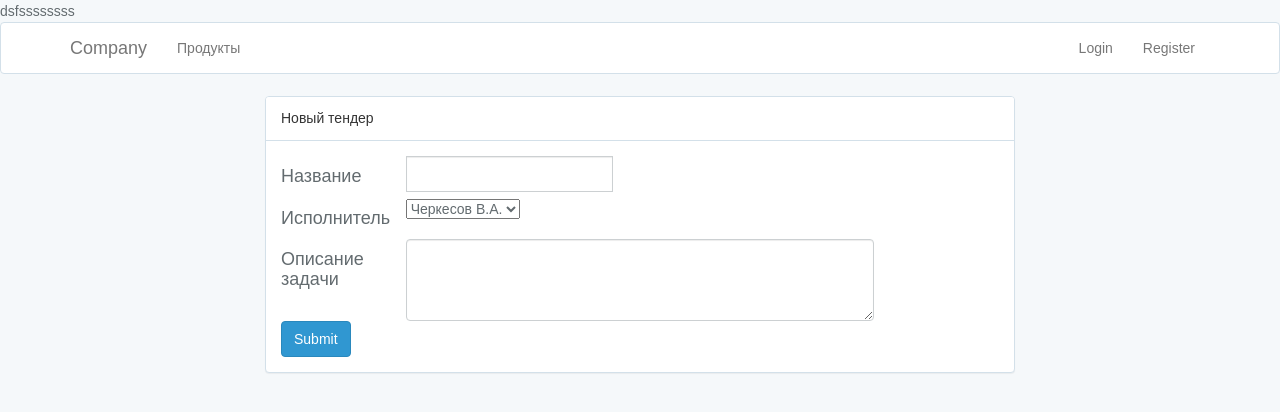
Repository: blackjack043/laravel-crud
Page: http://localhost/page2
The author's editor kept a copy of each file at every save. The page is drawn from the files as they stood at one save, then again after the next save.
The browser window is 1280 px wide. The pictures show the whole page.
Some web fonts or font styles are not loaded; a fallback is used. The page is served by the project's Laravel application, run on PHP 8.4 with Laravel 8. Other server files are loaded and not shown.

Above is the page before, as saved 2022-03-06 21:07:21.

### routes/web.php
<?php

/*
|--------------------------------------------------------------------------
| Web Routes
|--------------------------------------------------------------------------
|
| Here is where you can register web routes for your application. These
| routes are loaded by the RouteServiceProvider within a group which
| contains the "web" middleware group. Now create something great!
|
*/
use Illuminate\Http\Request;
use App\Contact12;


Route::get('/', function () {
    return view('welcome');
});

Route::get('/page2', function () {
    return view('page2');
});



Route::post('/profile', 'ContactController@submit');

Auth::routes();

Route::get('/home', 'HomeController@index');

Auth::routes();

Route::get('/home', 'HomeController@index');

### resources/views/page2.blade.php
@extends('layouts.app2')

@section('content')
<div class="container">
    <div class="row">
        <div class="col-md-8 col-md-offset-2">
            <div class="panel panel-default">
                <div class="panel-heading">Новый тендер</div>
                <div class="panel-body">


        @if($errors->any())
            <div style=>
            @foreach ($errors->all() as $error)
            <div >
                {{$error}}
            </div>
            @endforeach
            </div>
         @endif
<form  method="POST" action="/profile">
{{ csrf_field() }}

                <div class="row" >
  <div class="col-md-2" ><h4>Название</h4></div>
  <div class="col-md-10">
<div class="input-group" >
<input type="text" name="label" class="form-control"  aria-describedby="sizing-addon2">
                </div></div>
</div>

<div class="row">
  <div class="col-md-2"><h4>Исполнитель</h4></div>
  <div class="col-md-10">
    <select name="ispolnitel">
    <option value="cherkesov">Черкесов В.А.</option>
    <option value="matancev">Матанцев Е.Р.</option>
    </select>
</div>
</div>

<div class="row">
  <div class="col-md-2"><h4>Описание задачи</h4></div>
  <div class="col-md-8">
		<textarea name="text" class="form-control" rows="3"></textarea>
</div>



</div>
<input type="submit" class="btn btn-primary">
</form>






                </div>
            </div>
        </div>
    </div>
</div>
@endsection

### resources/views/layouts/app2.blade.php
<!DOCTYPE html>
<html lang="en">
<head>
    <meta charset="utf-8">
    <meta http-equiv="X-UA-Compatible" content="IE=edge">
    <meta name="viewport" content="width=device-width, initial-scale=1">

    <!-- CSRF Token -->
    <meta name="csrf-token" content="{{ csrf_token() }}">

    <title>{{ config('app.name', 'Laravel') }}</title>

    <!-- Styles -->
    <link href="/css/app.css" rel="stylesheet">

    <!-- Scripts -->
    <script>
        window.Laravel = <?php echo json_encode([
            'csrfToken' => csrf_token(),
        ]); ?>
    </script>
</head>
<body>
    <div id="app" >
        <div style="display:inline" >dsfssssssss</div>
        <div style="display:inline;">
        <nav class="navbar navbar-default">
            <div class="container">
                <div class="navbar-header">

                    <!-- Collapsed Hamburger -->
                    <button type="button " class="navbar-toggle collapsed" data-toggle="collapse" data-target="#app-navbar-collapse">
                        <span class="sr-only">Toggle Navigation</span>
                        <span class="icon-bar"></span>
                        <span class="icon-bar"></span>
                        <span class="icon-bar"></span>
                    </button>

                    <!-- Branding Image -->
                    <a class="navbar-brand" href="{{ url('/') }}">
                      Company
                    </a>
                </div>

                <div class="collapse navbar-collapse" id="app-navbar-collapse">
                    <!-- Left Side Of Navbar -->
                    <ul class="nav navbar-nav">
                        &nbsp;
                        <li ><a href="#">Продукты</a></li>
                    </ul>

                    <!-- Right Side Of Navbar -->
                    <ul class="nav navbar-nav navbar-right">
                        <!-- Authentication Links -->
                        @if (Auth::guest())
                            <li><a href="{{ url('/login') }}">Login</a></li>
                            <li><a href="{{ url('/register') }}">Register</a></li>
                        @else
                            <li class="dropdown">
                                <a href="#" class="dropdown-toggle" data-toggle="dropdown" role="button" aria-expanded="false">
                                    {{ Auth::user()->name }} <span class="caret"></span>
                                </a>

                                <ul class="dropdown-menu" role="menu">
                                    <li>
                                        <a href="{{ url('/logout') }}"
                                            onclick="event.preventDefault();
                                                     document.getElementById('logout-form').submit();">
                                            Logout
                                        </a>

                                        <form id="logout-form" action="{{ url('/logout') }}" method="POST" style="display: none;">
                                            {{ csrf_field() }}
                                        </form>
                                    </li>
                                </ul>
                            </li>
                        @endif
                    </ul>
                </div>
            </div>
        </nav>

        @yield('content')
    </div>
    </div>
    <!-- Scripts -->
    <script src="/js/app.js"></script>
</body>
</html>

Loaded but not shown: app/Http/Controllers/Auth/LoginController.php (common file); app/Http/Controllers/Controller.php (common file); public/css/app.css (library); public/js/app.js (library)

After the next save:
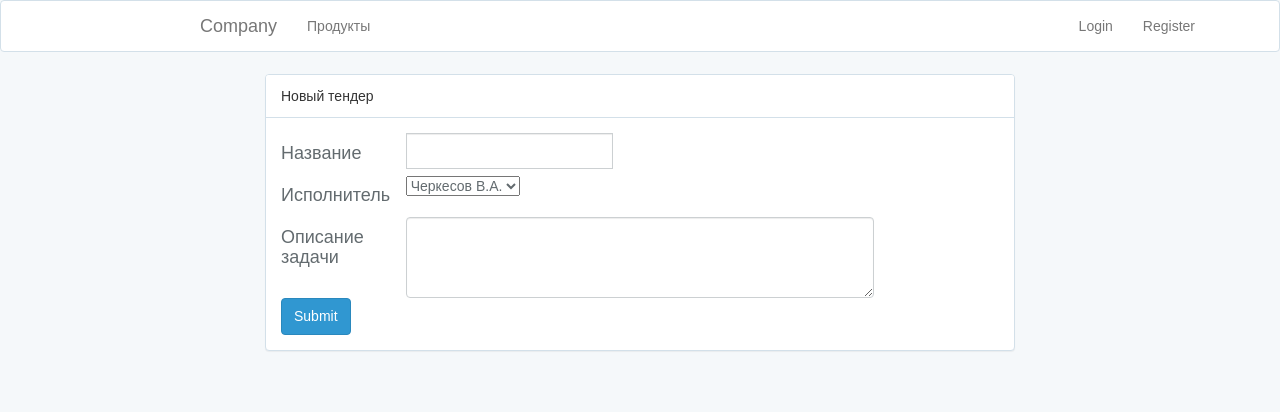
Saved 40 s later.
--- a/resources/views/layouts/app2.blade.php
+++ b/resources/views/layouts/app2.blade.php
@@ -22,7 +22,7 @@
 </head>
 <body>
     <div id="app" >
-        <div style="display:inline" >dsfssssssss</div>
+        <div style="width:200px; float:left" >dsfssssssss</div>
         <div style="display:inline;">
         <nav class="navbar navbar-default">
             <div class="container">

After the save that followed:
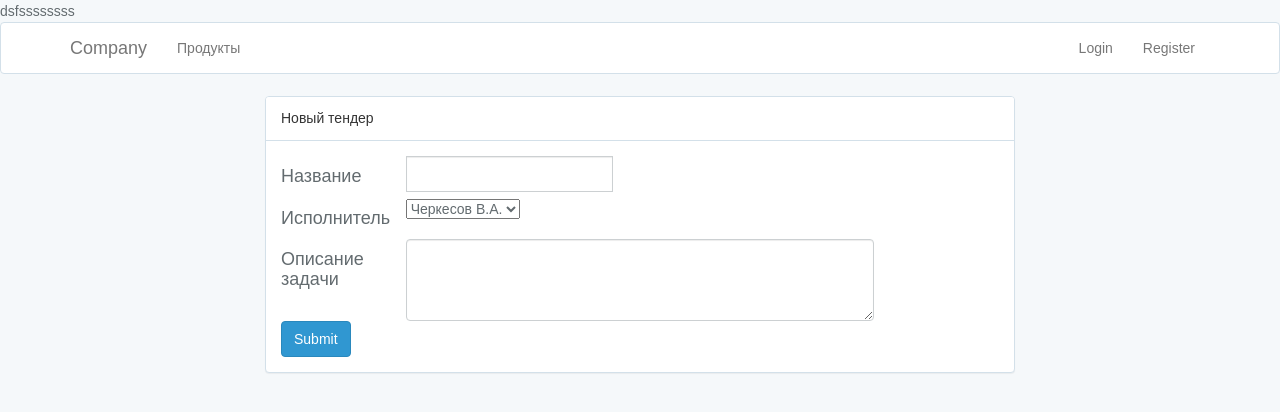
Saved 10 s later.
--- a/resources/views/layouts/app2.blade.php
+++ b/resources/views/layouts/app2.blade.php
@@ -22,7 +22,7 @@
 </head>
 <body>
     <div id="app" >
-        <div style="width:200px; float:left" >dsfssssssss</div>
+        <div style="width:200px;" >dsfssssssss</div>
         <div style="display:inline;">
         <nav class="navbar navbar-default">
             <div class="container">
